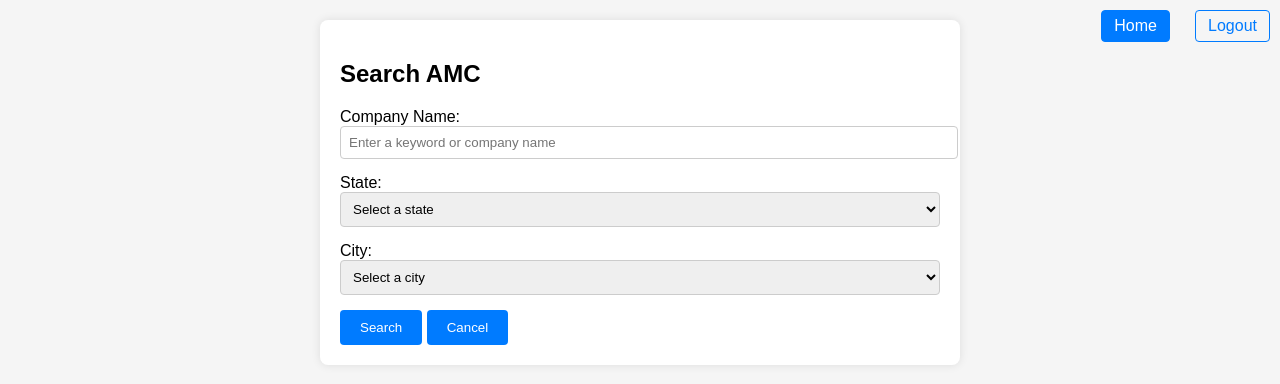
Repository: SaiKumarKota1919/zettamine-sai
Page: http://localhost/appraiser-management-system/search-form.jsp
An editor plug-in stored every save of this project. The page is shown before and after the next save, followed by the edit.
The browser window is 1280 px wide. The pictures show the whole page.
The page is served by Tomcat 10. The session is filled in as if someone had signed in: {"userName": "user"}.

Above is the page before, as saved 2024-01-01 10:18:50.

After the next save:
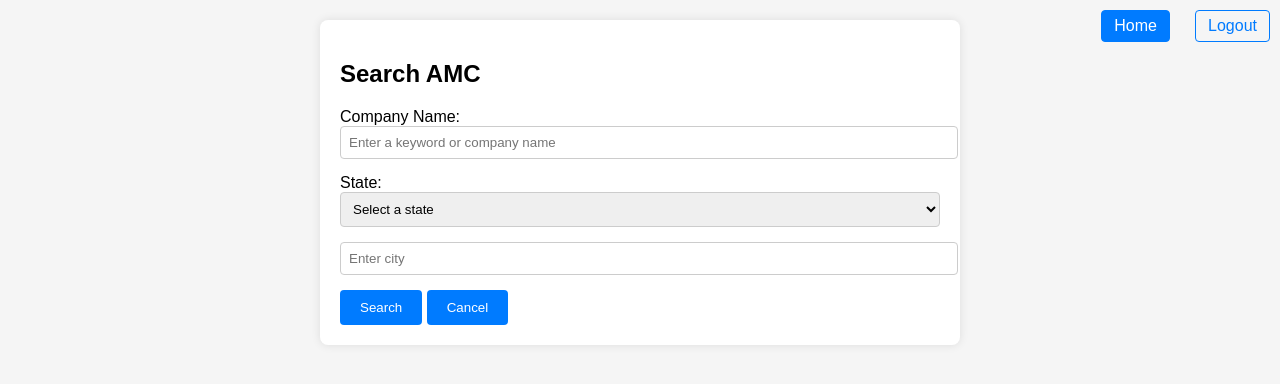
Saved 21 min 40 s later.
--- a/project-ams/appraiser-management-system/src/main/webapp/search-form.jsp
+++ b/project-ams/appraiser-management-system/src/main/webapp/search-form.jsp
@@ -34,12 +34,15 @@
        %>
 
 
-    </select>
-    <label for="city">City:</label>
-    <select id="city" name="city">
-      <option value="" selected disabled>Select a city</option>
+  <label for="city">City:</label>
+    <input type="text" name="city" placeholder="Enter city">
 
-    </select>
+<!--     </select> -->
+<!--     <label for="city">City:</label> -->
+<!--     <select id="city" name="city"> -->
+<!--       <option value="" selected disabled>Select a city</option> -->
+
+<!--     </select> -->
 
    <!--   <label for="property">Property:</label>
     <select id="property" name="property">
